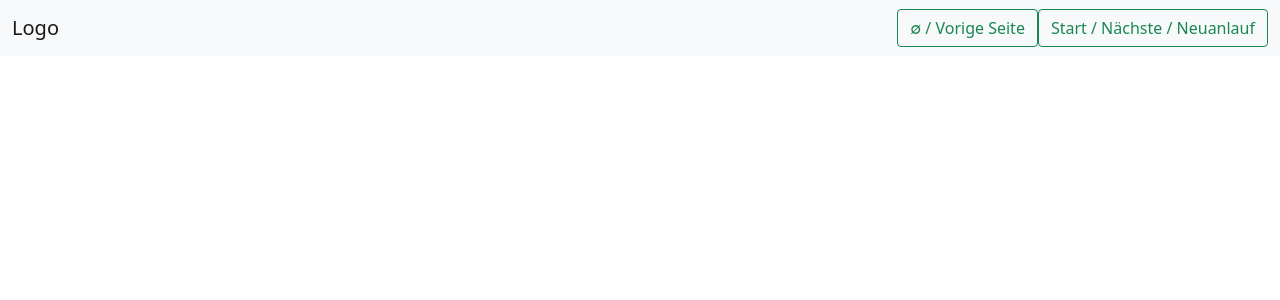
Repository: stephane71183101/Stephane-Personal-Health-Survey
Page: http://localhost/form-q01-start-page.php
These files come from the project's save history. The page is drawn as it stood at one moment and after the next save; the edit follows.
The browser window is 1280 px wide. The pictures show the whole page.
The page is run by PHP 8.4 with error messages shown; the project is at /var/www/html/.

Above is the page before, as saved 2022-03-15 14:25:52.

After the next save:
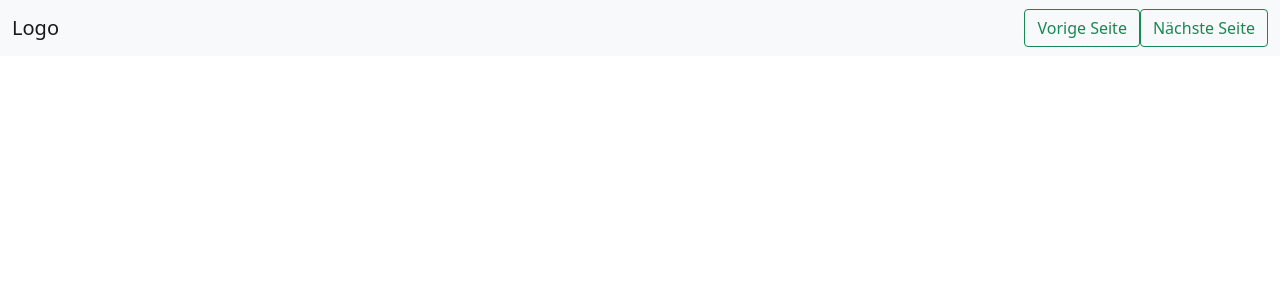
Saved 86 s later.
--- a/form-q01-start-page.php
+++ b/form-q01-start-page.php
@@ -15,8 +15,8 @@
     <a class="navbar-brand" href="#">Logo</a>
         <div class="nav justify-content-end" id="navbarNav">
     <form class="d-flex">
-      <button class="btn btn-outline-success" type="submit">&#8709; / Vorige Seite</button>
-      <button class="btn btn-outline-success" type="submit">Start / Nächste / Neuanlauf</button>
+      <button class="btn btn-outline-success" type="submit">Vorige Seite</button>
+      <button class="btn btn-outline-success" type="submit">Nächste Seite</button>
     </form>
     </div>
   </div>
